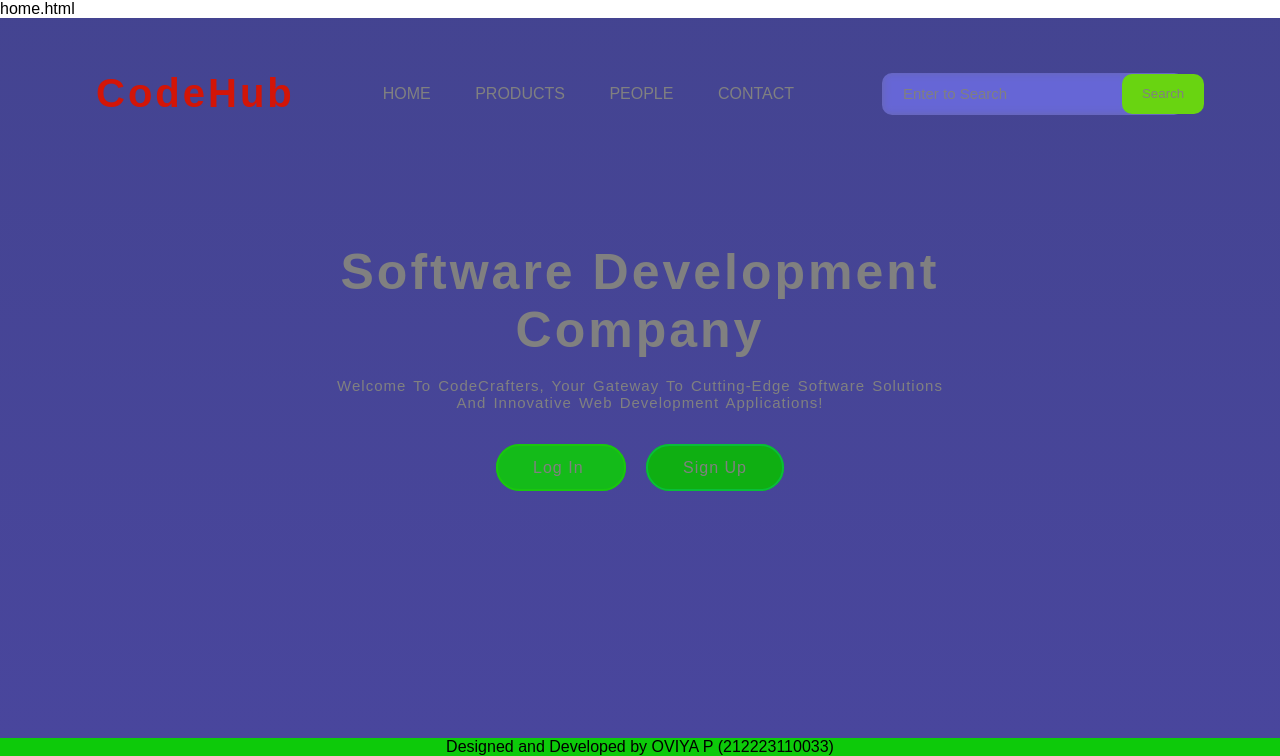
Repository: Oviya24032K6/softweb
Page: oviya/softapp/static/home.html
These files come from the project's save history. The page is drawn as it stood at one moment and after the next save; the edit follows.
The browser window is 1280 px wide. The pictures show the whole page.

Above is the page before, as saved 2024-04-23 11:30:17.

After the next save:
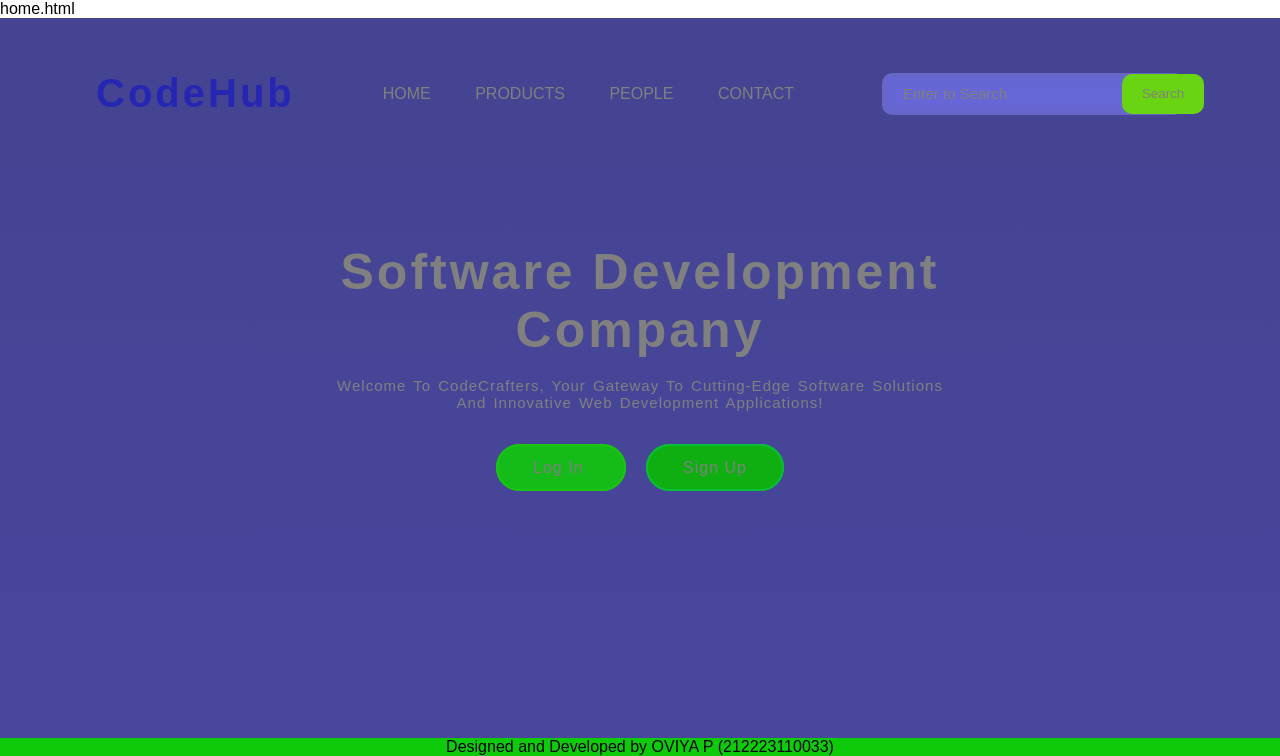
Saved 15 s later.
--- a/oviya/softapp/static/home.html
+++ b/oviya/softapp/static/home.html
@@ -26,7 +26,7 @@ home.html
                 justify-content: space-between;
             }
             .logo {
-                color:#d31507;
+                color:#070bd382;
                 font-size: 40px;
                 font-weight: 700;
                 letter-spacing: 3px;
